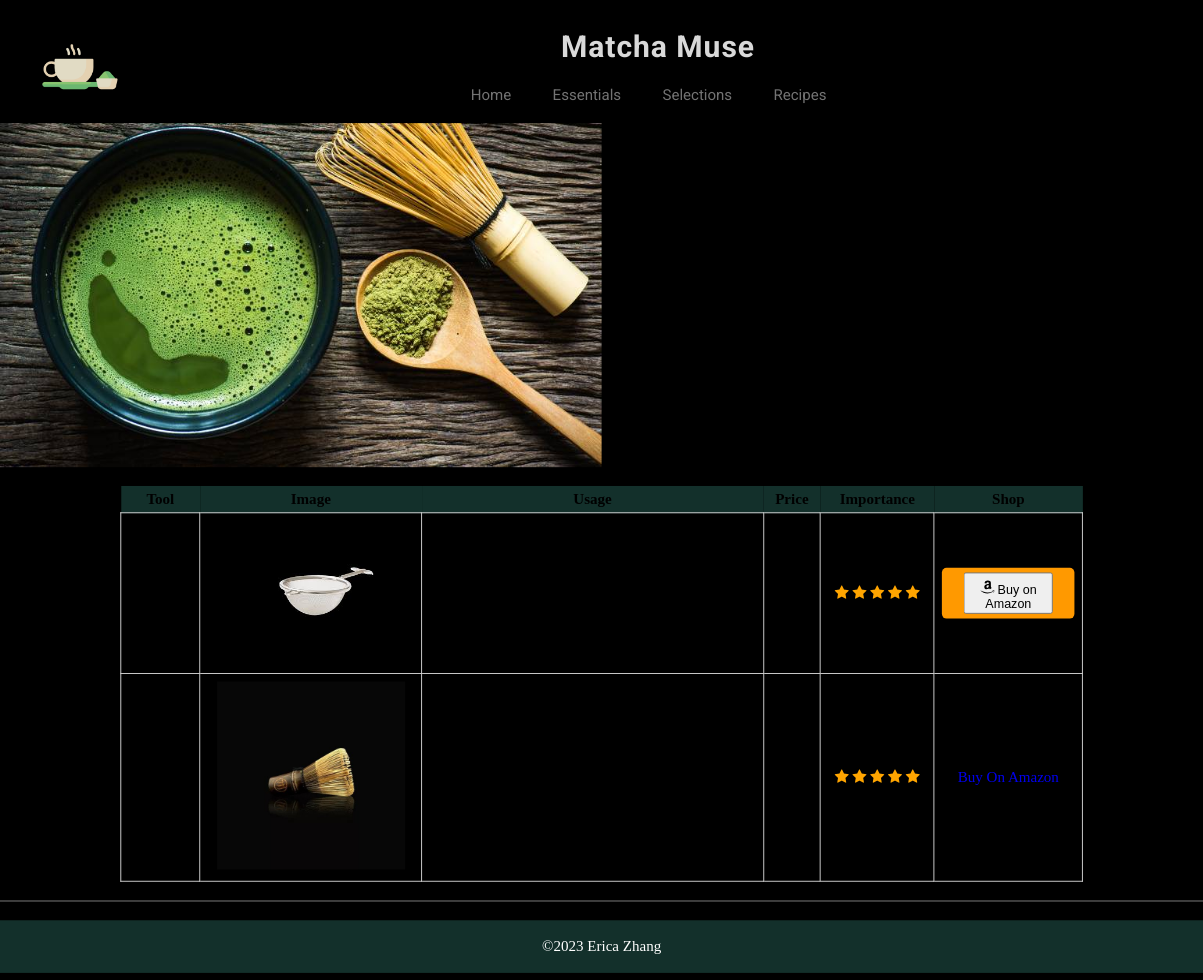
Repository: ericazz17/matchawebsite
Page: essentials.html
These files come from the project's save history. The page is drawn as it stood at one moment and after the next save; the edit follows.
The browser window is 1280 px wide. The pictures show the whole page, at 94% of full size.

Above is the page before, as saved 2023-09-26 05:01:59.

After the next save:
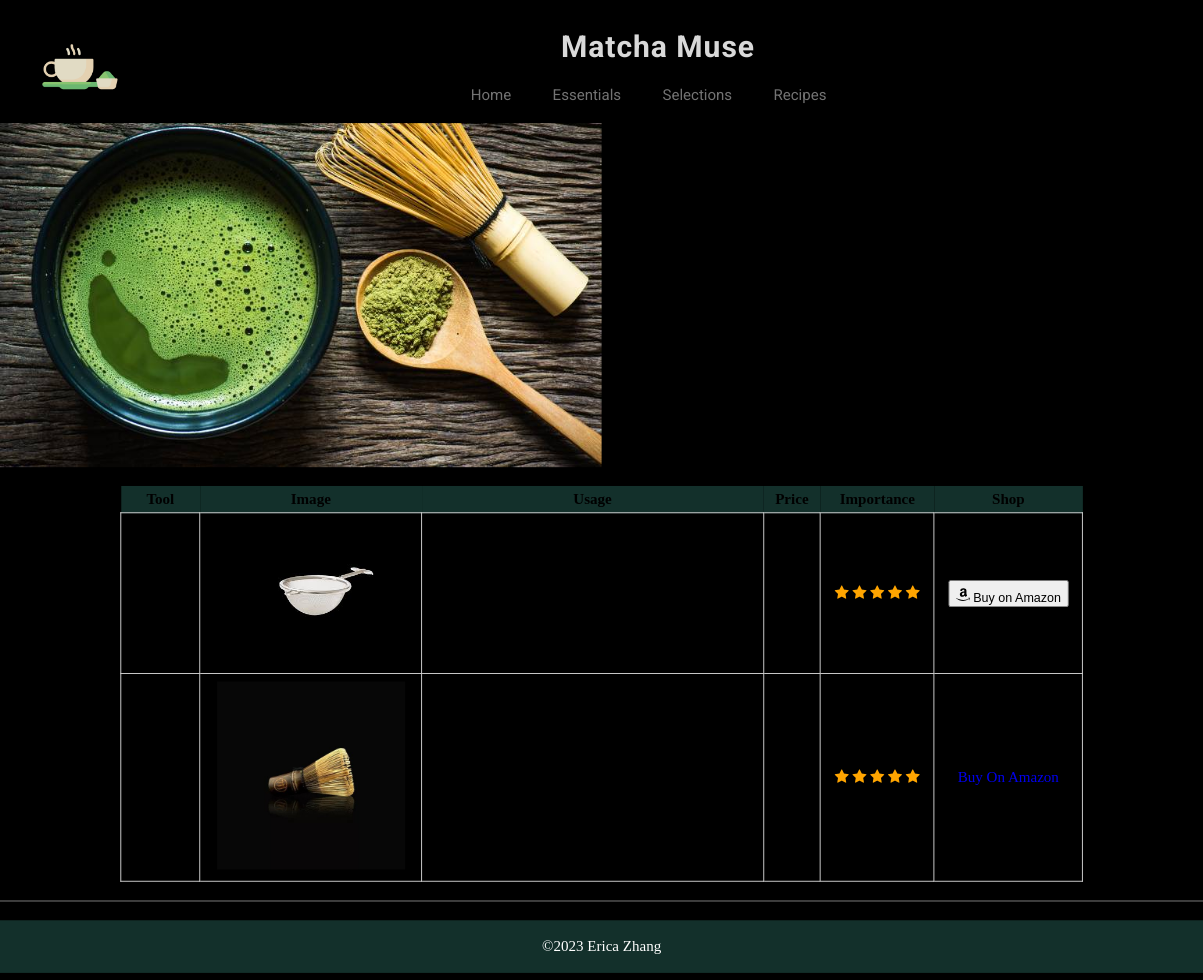
Saved 57 s later.
--- a/essentials.html
+++ b/essentials.html
@@ -71,7 +71,7 @@
                 <span class="fa fa-star checked"></span>
             </td>
             <td>
-                <a href="https://www.amazon.com/Jade-Leaf-Matcha-Eliminate-Stainless/dp/B092QMWCKK/ref=sr_1_1_sspa?crid=17NF4YJBBYBSW&keywords=matcha+sifter&qid=1695332046&sprefix=matcha+sift%2Caps%2C160&sr=8-1-spons&sp_csd=d2lkZ2V0TmFtZT1zcF9hdGY&psc=1" target="_blank" class="buy-now-button-a">
+                <a href="https://www.amazon.com/Jade-Leaf-Matcha-Eliminate-Stainless/dp/B092QMWCKK/ref=sr_1_1_sspa?crid=17NF4YJBBYBSW&keywords=matcha+sifter&qid=1695332046&sprefix=matcha+sift%2Caps%2C160&sr=8-1-spons&sp_csd=d2lkZ2V0TmFtZT1zcF9hdGY&psc=1" target="_blank" >
                     <button class="buy-now-button">
                         <img class="amazon-icon" src="images/amazon-logo.svg" alt="amazon-icon">
                         <span class="amazon-text"> Buy on Amazon</span>
